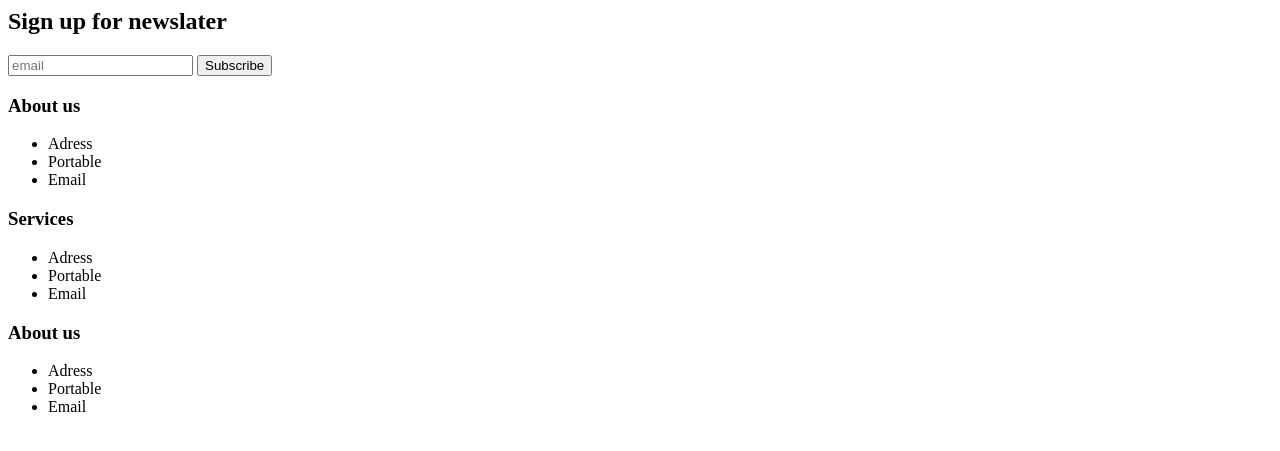
Repository: haifabilel/shop
Page: http://localhost/templates/footer.php
These files come from the project's save history. The page is drawn as it stood at one moment and after the next save; the edit follows.
The browser window is 1280 px wide. The pictures show the whole page.
The page is run by PHP 8.4 with error messages shown; the project is at /var/www/html/.

Above is the page before, as saved 2023-12-07 16:18:47.

### templates/footer.php
<div class="top-footer">
    <h2><i class="bx bx-envelope"></i>Sign up for newslater</h2>
    <div class="input-field">
        <input type="text" name="" placeholder="email">
        <button class="btn">Subscribe</button>
    </div>
</div>
<footer>
    <div class="overlay"></div>
    <div class="footer-content">
        <div class="img-box">
            <img src="" alt="">
        </div>
        <div class="inner-footer">
            <div class="card">
                <h3>About us</h3>
                <ul>
                    <li>Adress</li>
                    <li>Portable</li>
                    <li>Email</li>
                </ul>
                <div class="card">
                <h3>Services</h3>
                <ul>
                    <li>Adress</li>
                    <li>Portable</li>
                    <li>Email</li>
                </ul>
                <div class="card">
                <h3>About us</h3>
                <ul>
                    <li>Adress</li>
                    <li>Portable</li>
                    <li>Email</li>
                </ul>
            </div>
        </div>
    </div>
</footer>

After the next save:
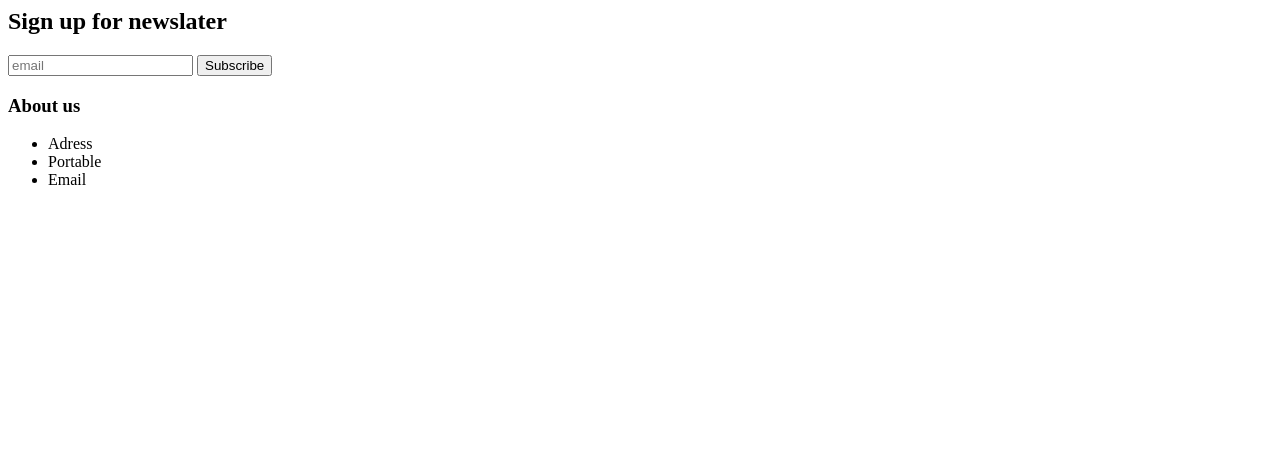
Saved 31 s later.
--- a/templates/footer.php
+++ b/templates/footer.php
@@ -19,20 +19,6 @@
                     <li>Portable</li>
                     <li>Email</li>
                 </ul>
-                <div class="card">
-                <h3>Services</h3>
-                <ul>
-                    <li>Adress</li>
-                    <li>Portable</li>
-                    <li>Email</li>
-                </ul>
-                <div class="card">
-                <h3>About us</h3>
-                <ul>
-                    <li>Adress</li>
-                    <li>Portable</li>
-                    <li>Email</li>
-                </ul>
             </div>
         </div>
     </div>
